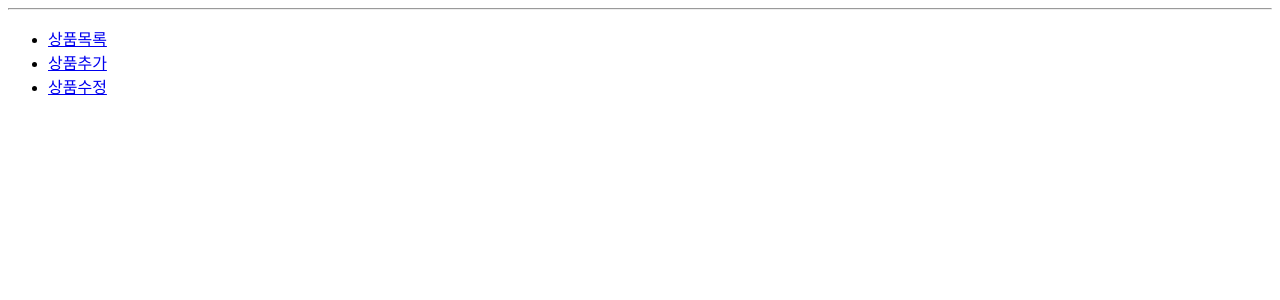
Repository: imagine9977/MYSQL
Page: http://localhost/mysql/list.jsp
These files come from the project's save history. The page is drawn as it stood at one moment and after the next save; the edit follows.
The browser window is 1280 px wide. The pictures show the whole page.
The page is served by Tomcat 9. Queries for data that is not in the repository find no rows.

Above is the page before, as saved 2024-03-28 08:38:23.

After the next save:
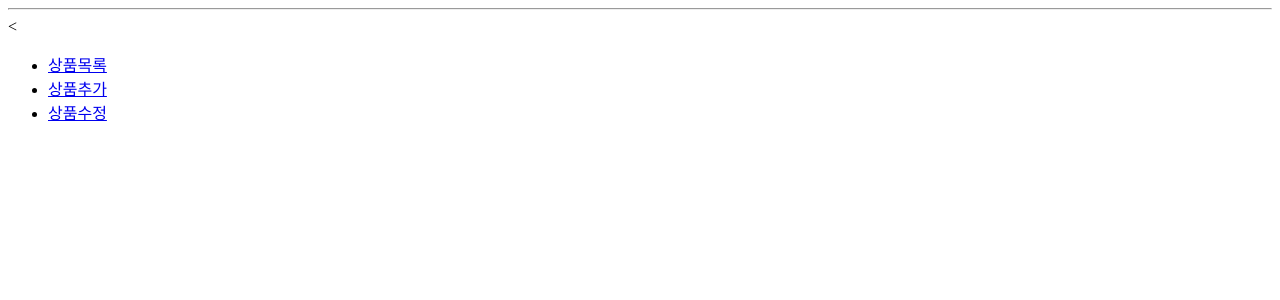
Saved 16 s later.
--- a/mysql/WebContent/list.jsp
+++ b/mysql/WebContent/list.jsp
@@ -72,6 +72,6 @@
 </head>
 <body>
 <hr>
-<%@ include file="menu.jsp" %>
+<<%@ include file="menu.jsp" %>
 </body>
 </html>

After the save that followed:
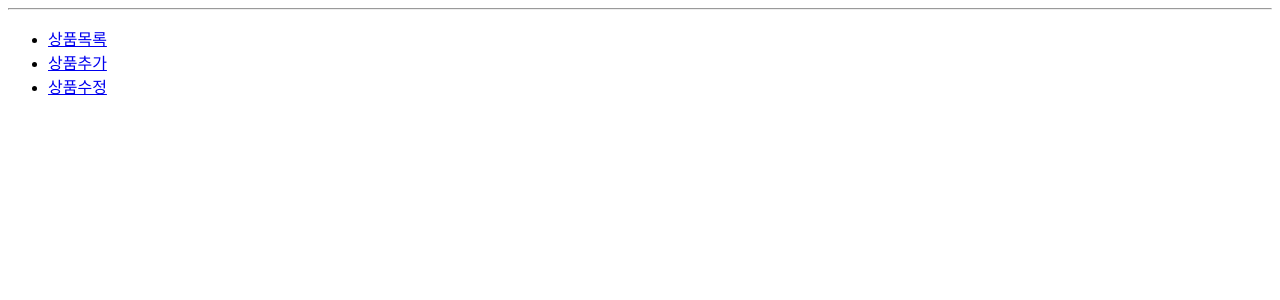
Saved 6 s later.
--- a/mysql/WebContent/list.jsp
+++ b/mysql/WebContent/list.jsp
@@ -72,6 +72,7 @@
 </head>
 <body>
 <hr>
-<<%@ include file="menu.jsp" %>
+<%@ include file="menu.jsp" %>
+
 </body>
 </html>
